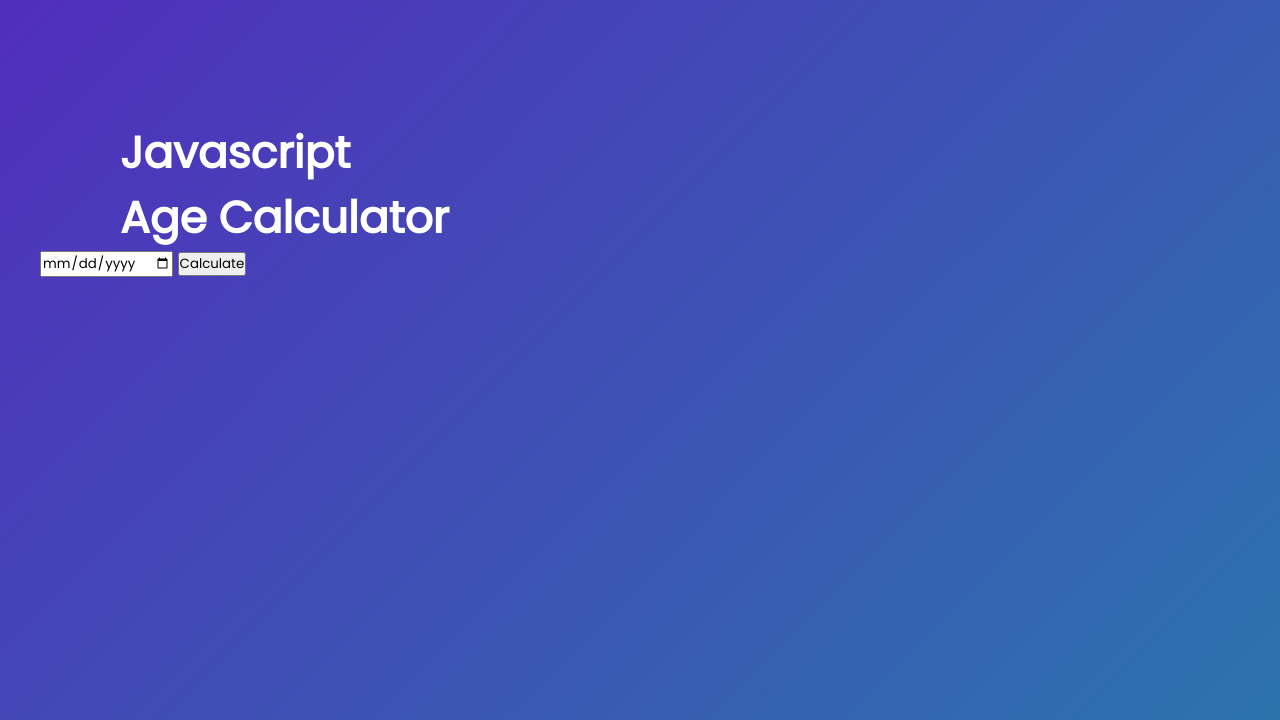
Repository: Ankitkr2021/Age-Calculator
Page: index.html
An editor plug-in stored every save of this project. The page is shown before and after the next save, followed by the edit.
The browser window is 1280 px wide. The pictures show the whole page.

Above is the page before, as saved 2025-10-05 10:24:34.

After the next save:
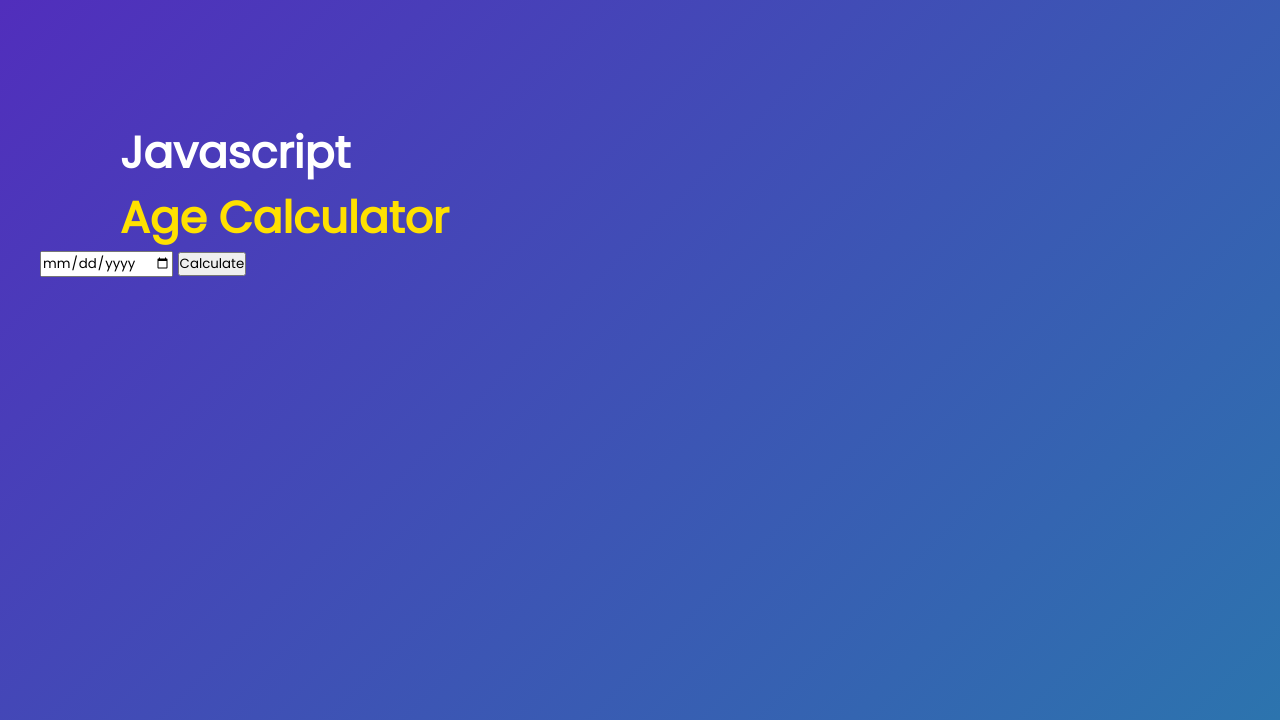
Saved 29 s later.
--- a/style.css
+++ b/style.css
@@ -30,7 +30,7 @@
 .age{
     /* padding-top: 80px; */
     padding-left: 80px;
-    color: #fff;
+    color: #ffe100;
     font-size: 44px;
     font-weight: 800;
 }
